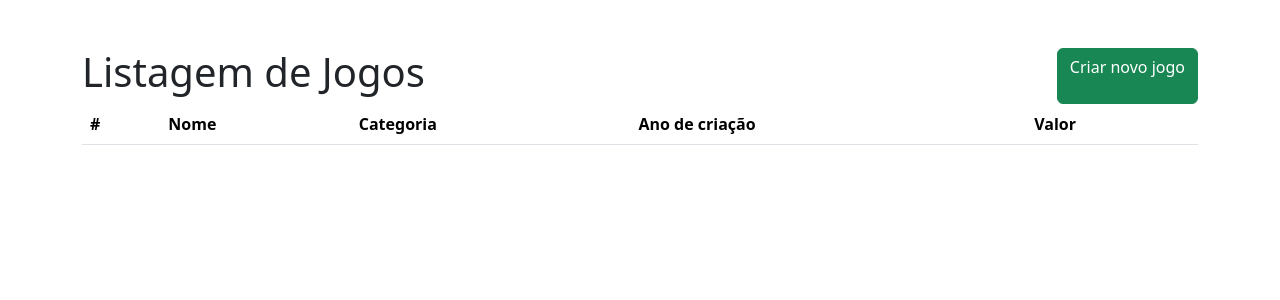
Repository: ytavares/game-registration
Page: http://localhost/jogos
An editor plug-in stored every save of this project. The page is shown before and after the next save, followed by the edit.
The browser window is 1280 px wide. The pictures show the whole page.
The page is served by the project's Laravel application, run on PHP 8.4 with Laravel 10. Queries for data that is not in the repository find no rows.

Above is the page before, as saved 2023-09-16 00:44:54.

After the next save:
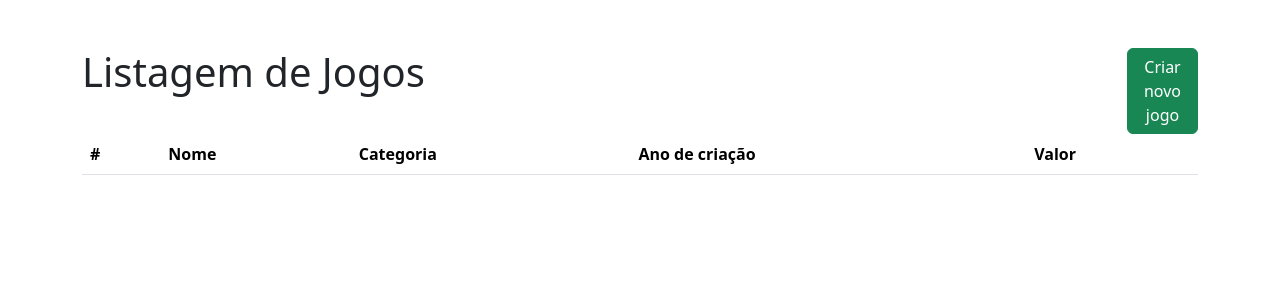
Saved 40 s later.
--- a/resources/views/jogos/index.blade.php
+++ b/resources/views/jogos/index.blade.php
@@ -4,10 +4,10 @@
 @section('content')
     <div class="container mt-5">
         <div class="row">
-            <div class="col-md-6">
+            <div class="col-md-11">
                 <h1>Listagem de Jogos</h1>
             </div>
-            <div class="col-md-6 d-flex justify-content-end">
+            <div class="col-md-1">
                 <a href="{{ route('jogos-create')}}" class="btn btn-success">Criar novo jogo</a>
             </div>
         </div>
